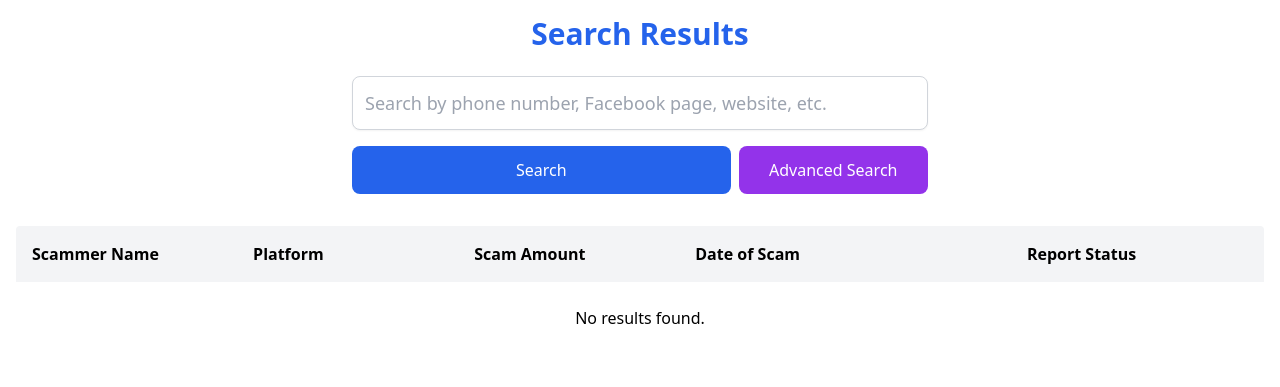
Repository: dev-athar/protarok
Page: /search
These files come from the project's save history. The page is drawn as it stood at one moment and after the next save; the edit follows.
The browser window is 1280 px wide. The pictures show the whole page.
The project was rebuilt for these pictures with package versions that can differ from the ones it lists, and the page was loaded fresh each time. Also part of the build but not shown: vite.config.ts, src/pages/RecentScamsList.tsx, src/pages/HomePage.tsx, src/pages/SubmitScamPage.tsx, src/pages/ImageUploader.tsx, src/pages/AdvancedSearchPage.tsx.

Above is the page before, as saved 2025-01-01 14:38:51.

After the next save:
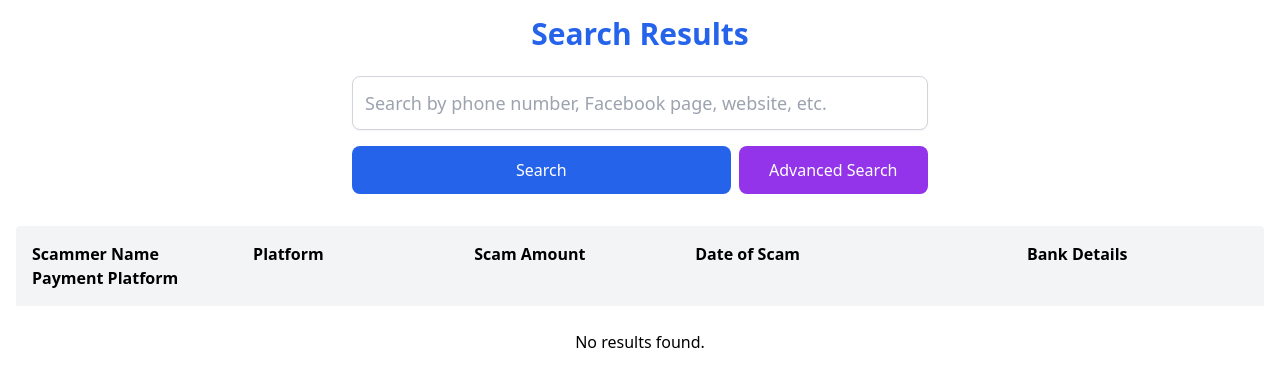
Saved 111 s later.
--- a/src/pages/SearchPage.tsx
+++ b/src/pages/SearchPage.tsx
@@ -24,7 +24,7 @@ const SearchPage = () => {
         const { data, error } = await supabase
           .from("scamReports")
           .select(
-            "scamProfileName, platform, scamAmount, dateOfScam, reportStatus"
+            "scamProfileName, platform, scamAmount, dateOfScam, bankDetails, paymentPlatform"
           )
           .ilike("scamProfileName", `%${searchTerm}%`);
 
@@ -59,7 +59,8 @@ const SearchPage = () => {
           <span className="text-left">Platform</span>
           <span className="text-left">Scam Amount</span>
           <span className="text-left">Date of Scam</span>
-          <span className="text-left">Report Status</span>
+          <span className="text-left">Bank Details</span>
+          <span className="text-left">Payment Platform</span>
         </div>
 
         {/* Results as Cards */}
@@ -88,7 +89,10 @@ const SearchPage = () => {
                     <p>{result.dateOfScam}</p>
                   </div>
                   <div className="text-left">
-                    <p>{result.reportStatus}</p>
+                    <p>{result.bankDetails}</p>
+                  </div>
+                  <div className="text-left">
+                    <p>{result.paymentPlatform}</p>
                   </div>
                 </div>
               </div>
